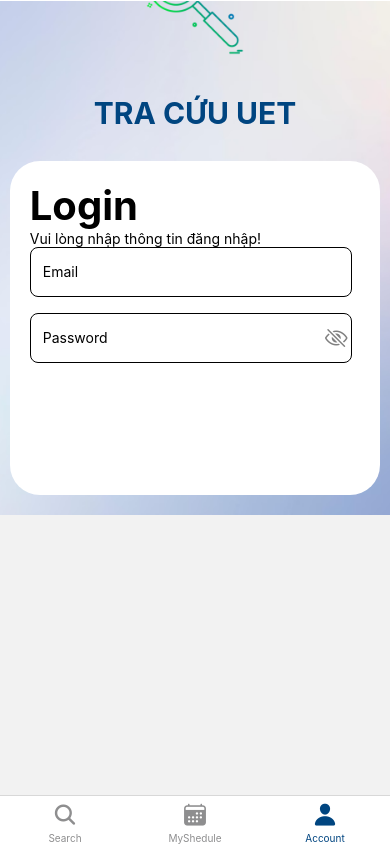
Repository: nguyenkhackien/Student-Progress-Tracker-
Screen: /Account (app in MyApp/)
An editor plug-in stored every save of this project. The screen is shown before and after a run of saves, followed by the edit.
The app was drawn by React Native's web renderer in a window 390 px wide. The project was rebuilt for these pictures with package versions that can differ from the ones it lists, and the page was loaded fresh each time. Also part of the build but not shown: MyApp/src/components/MyScheduleScreen.js.

Above is the screen before, as saved 2024-07-21 22:12:31.

After the next 4 saves:
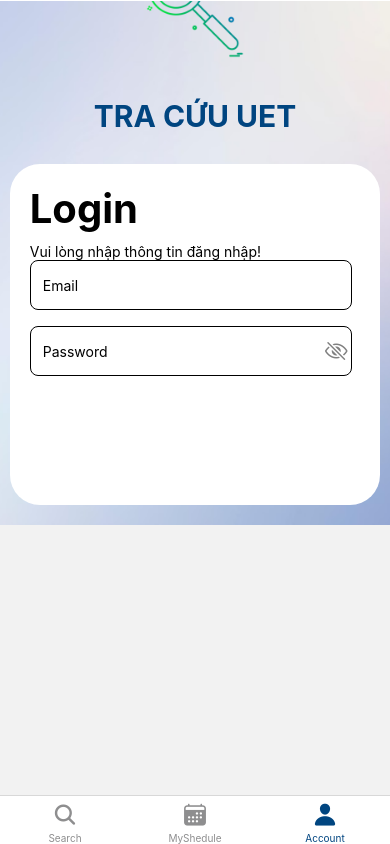
The 4 saves are shown as one change because they came seconds apart.
The last was saved 17 s later.
--- a/MyApp/src/components/LoginScreen.js
+++ b/MyApp/src/components/LoginScreen.js
@@ -32,7 +32,7 @@ const LoginScreen = () => {
                     />
                     <Text style={styles.title}>TRA CỨU UET</Text>
                     <View style={styles.loginContainer}>
-                        <Text style={{fontSize:40,color:'black',fontWeight:'bold'}}>Login</Text>
+                        <Text style={{fontSize:40,color:'black',fontWeight:'bold',marginBottom:10}}>Login</Text>
 
                         <Text >Vui lòng nhập thông tin đăng nhập!</Text>
                         <View style={styles.inputContainer}>
